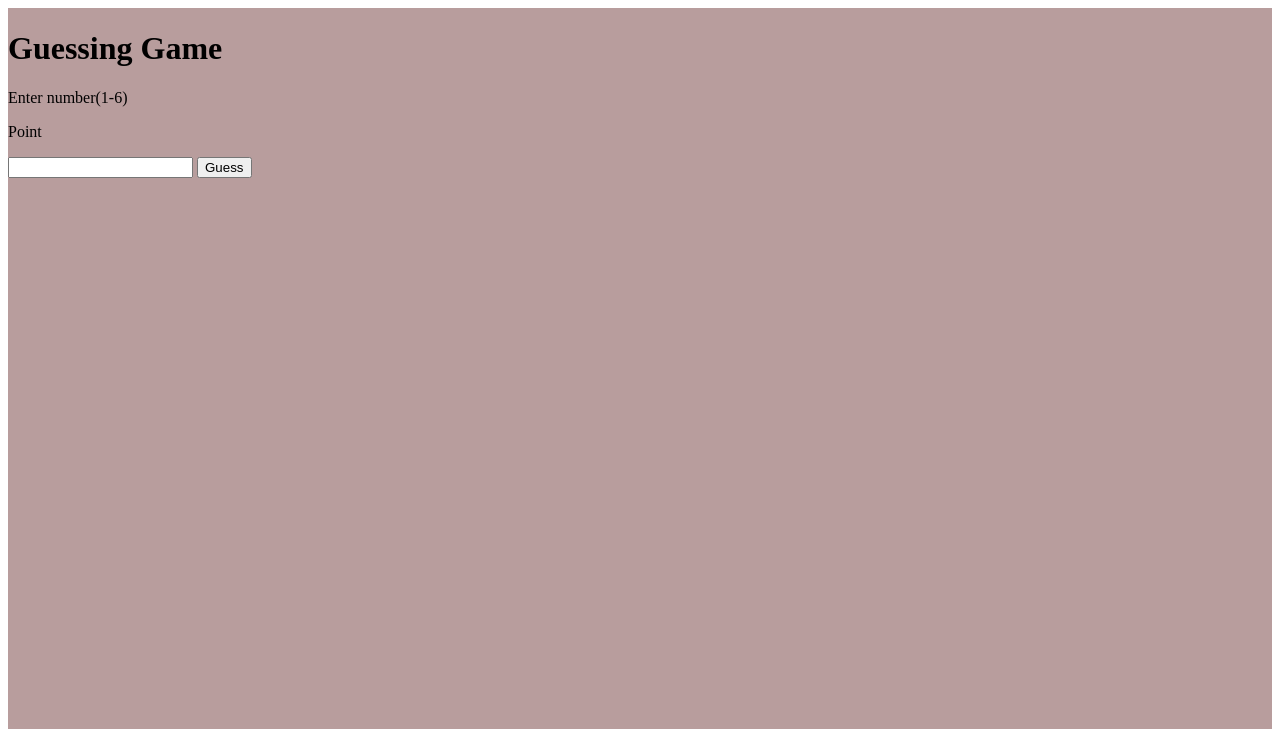
Repository: sedashahnazaryan/Guessing-Game
Page: index.html
These files come from the project's save history. The page is drawn as it stood at one moment and after a run of saves; the edit follows.
The browser window is 1280 px wide. The pictures show the whole page.

Above is the page before, as saved 2022-02-23 19:27:00.

After the next 5 saves:
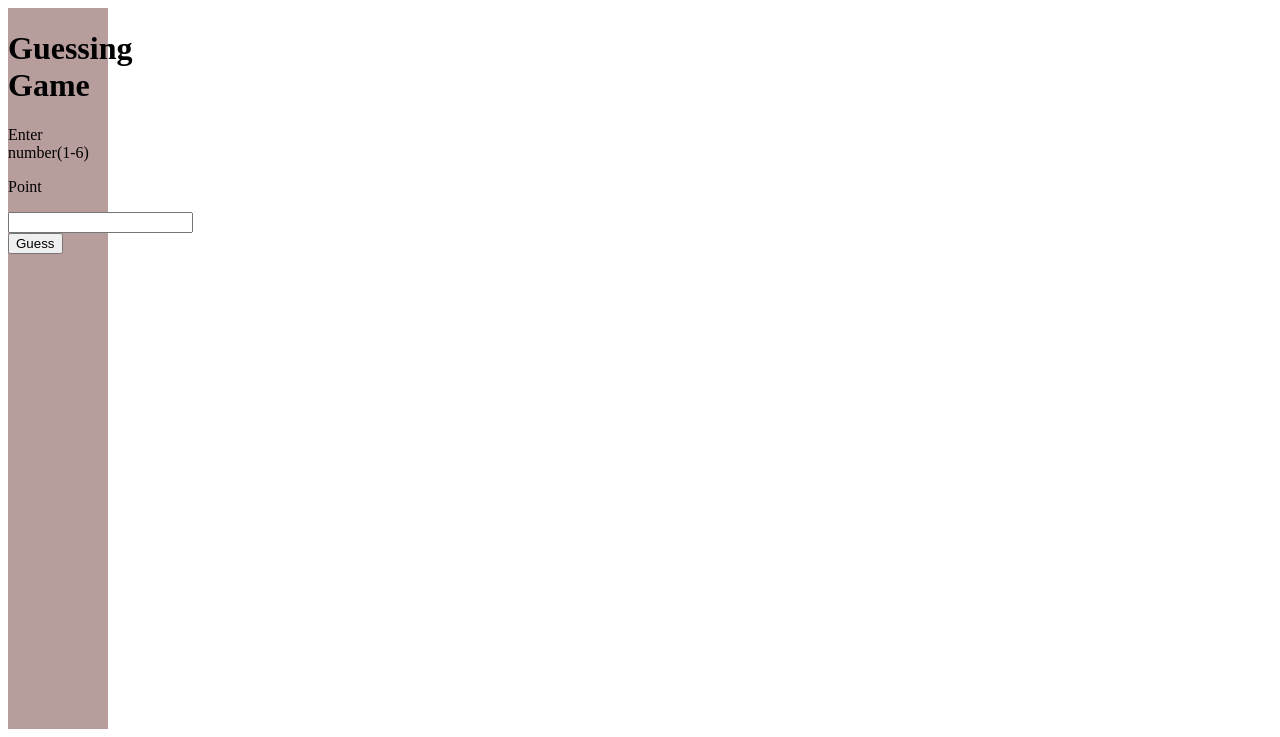
The 5 saves are shown as one change because they came seconds apart.
The last was saved 21 s later.
--- a/index.css
+++ b/index.css
@@ -2,5 +2,6 @@
 
     background-color: #b89d9d;
     height: 100vh;
+    width: 100px;
     padding-top:1px;
 }
